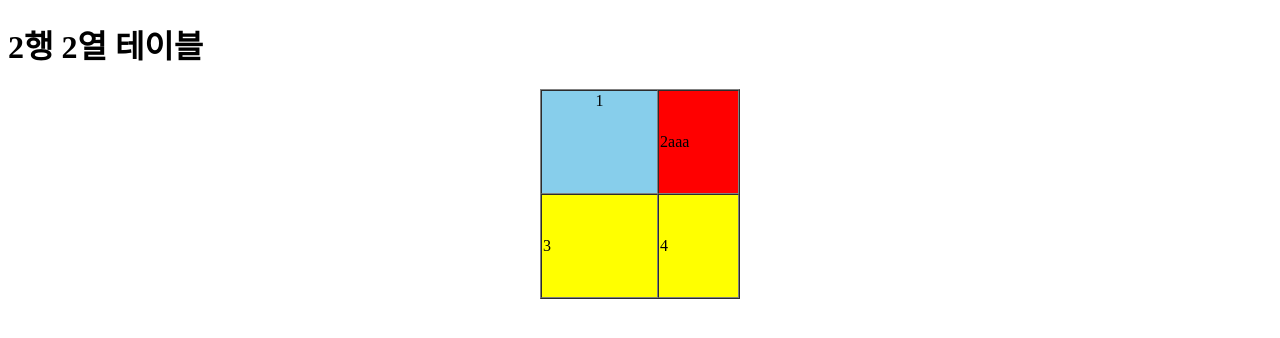
Repository: ssj5037/Class-Study
Page: [5] HTML, CSS, JavaScript/ClientTest/WebContent/Ex14_table.html
The author's editor kept a copy of each file at every save. The page is drawn from the files as they stood at one save, then again after the next save.
The browser window is 1280 px wide. The pictures show the whole page.

Above is the page before, as saved 2020-06-19 07:27:33.

After the next save:
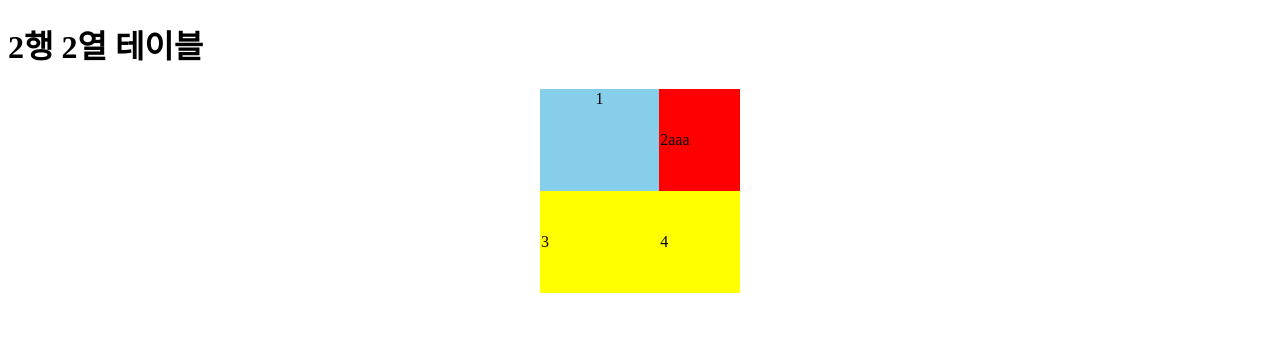
Saved 8 s later.
--- a/[5] HTML, CSS, JavaScript/ClientTest/WebContent/Ex14_table.html
+++ b/[5] HTML, CSS, JavaScript/ClientTest/WebContent/Ex14_table.html
@@ -28,7 +28,7 @@
 
 	 <h1>2행 2열 테이블</h1>
 
-	 <table border="1" width="200" height="200" bgcolor="yellow" cellspacing="0" align="center" valign="center">
+	 <table border="0" width="200" height="200" bgcolor="yellow" cellspacing="0" align="center" valign="center">
 	 	<tr bgcolor = "red">
 	 		<td width="120" height="100" bgcolor="skyblue" align="center" valign="top">1</td>
 	 		<td width="80">2aaa</td>
